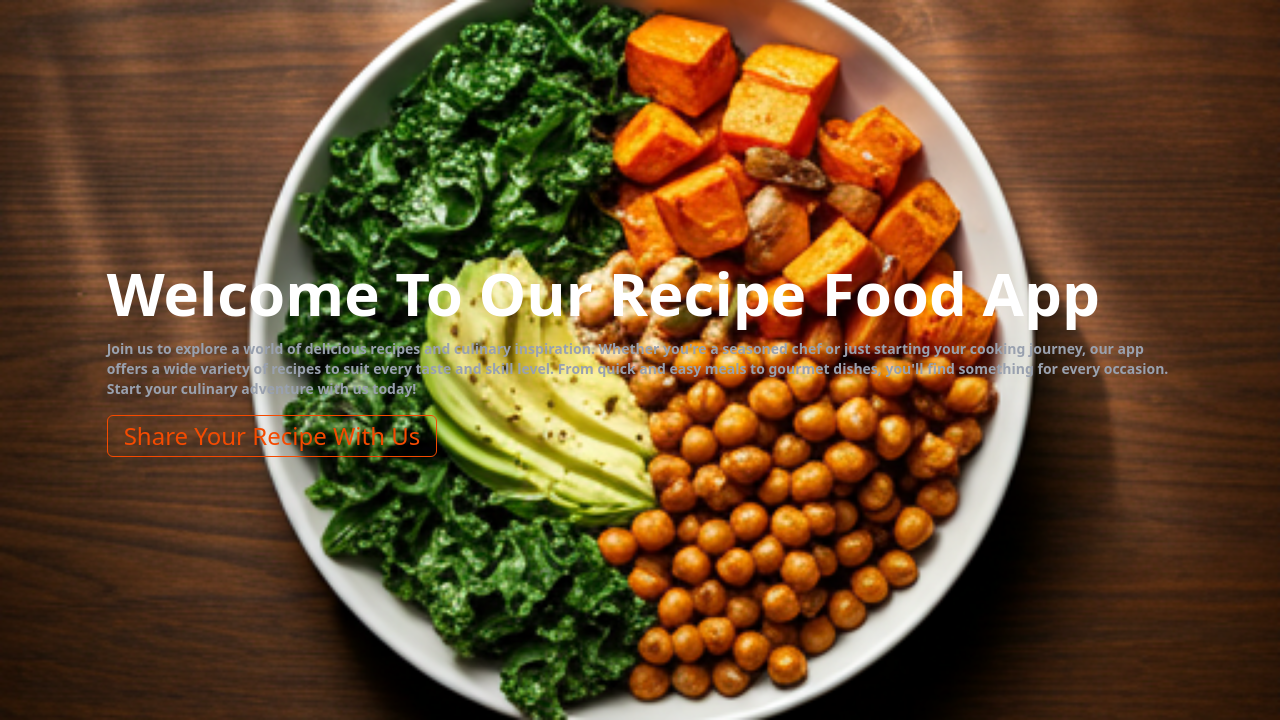
Repository: Eslam0Mohamed/mern-recipe-app
Page: / (app in FrontEnd/)
The author's editor kept a copy of each file at every save. The page is drawn from the files as they stood at one save, then again after a run of saves.
The browser window is 1280 px wide. The pictures show the whole page.
The project was rebuilt for these pictures with package versions that can differ from the ones it lists, and the page was loaded fresh each time. Also part of the build but not shown: FrontEnd/vite.config.js.

Above is the page before, as saved 2026-05-07 18:19:01.

After the next 2 saves:
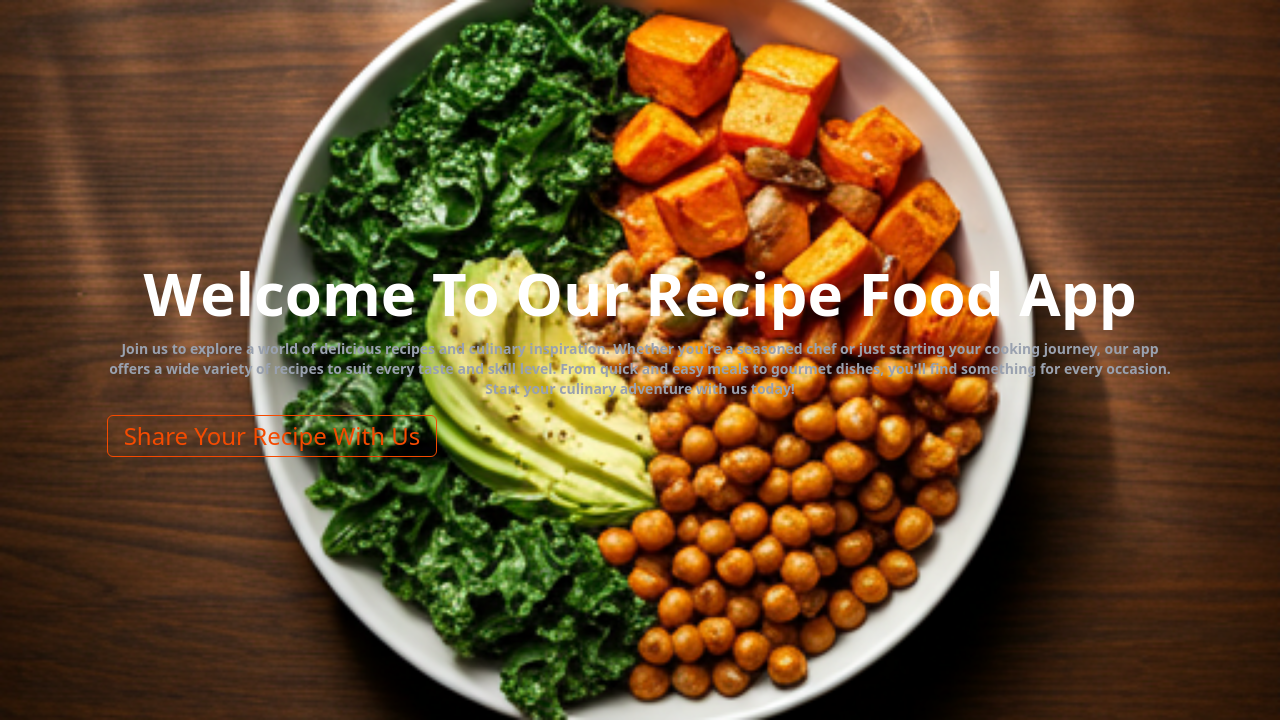
The 2 saves are shown as one change because they came seconds apart.
The last was saved 14 s later.
--- a/FrontEnd/src/pages/Home.jsx
+++ b/FrontEnd/src/pages/Home.jsx
@@ -3,7 +3,7 @@ import backgroundImage from "../assets/bg_2.png"
 function Home() {
   return (
     <section style={{backgroundImage:`url(${backgroundImage})`,}} className={`bg-cover bg-tertiary h-screen bg-center flex items-center justify-center `}>
-      <div className='left container flex flex-col gap-4' >
+      <div className='left container flex flex-col gap-4 text-center' >
         <h1 className='text-white text-6xl font-semibold'>Welcome To Our Recipe Food App</h1>
         <p className='text-md text-gray-400 font-semibold text-sm'> Join us to explore a world of delicious recipes and culinary inspiration. Whether you're a seasoned chef or just starting your cooking journey, our app offers a wide variety of recipes to suit every taste and skill level. From quick and easy meals to gourmet dishes, you'll find something for every occasion. Start your culinary adventure with us today!</p>
       <button className='w-fit outline-none px-4 py-1  text-2xl border cursor-pointer border-orange-600 hover:bg-orange-600 hover:text-white transition-colors duration-150 rounded-md text-orange-600 '>Share Your Recipe With Us</button>
